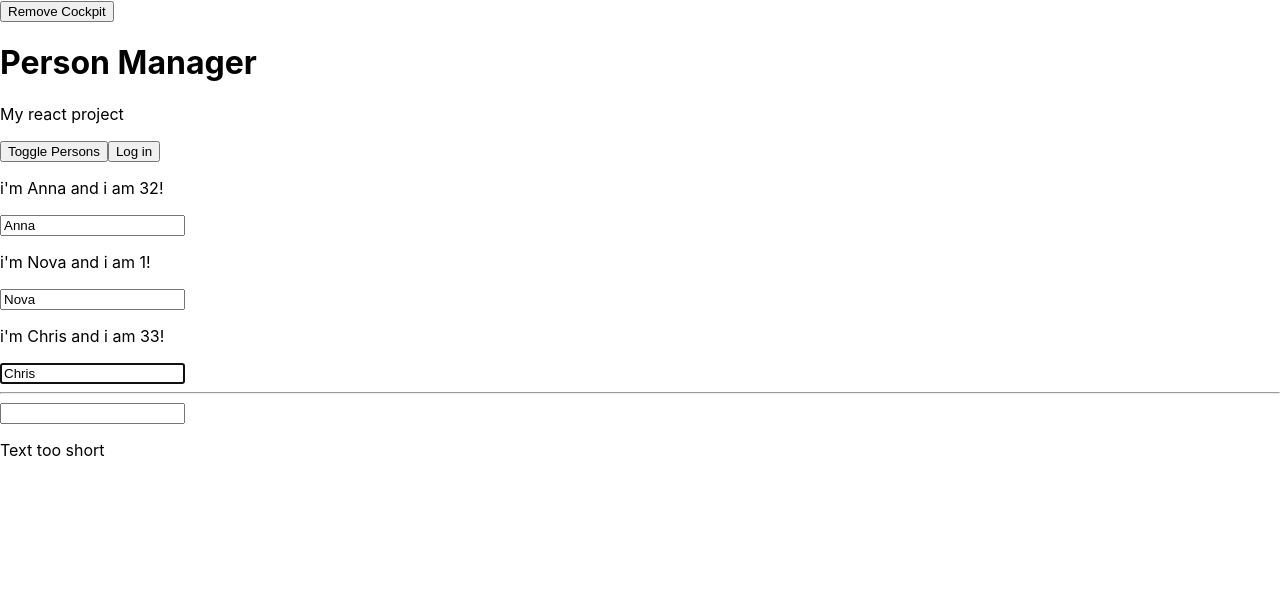
Repository: chrisbriz/myreactapp
Page: /
An editor plug-in stored every save of this project. The page is shown before and after the next save, followed by the edit.
The browser window is 1280 px wide. The pictures show the whole page.
The project was rebuilt for these pictures with package versions that can differ from the ones it lists, and the page was loaded fresh each time. Also part of the build but not shown: src/Containers/App.css, src/Components/Char.js, src/Components/Persons/Person/Person.css, src/Components/Cockpit/Cockpit.css.

Above is the page before, as saved 2019-02-20 10:03:43.

### src/index.js
import React from 'react';
import ReactDOM from 'react-dom';
import './index.css';
import App from './Containers/App';
import * as serviceWorker from './serviceWorker';

ReactDOM.render(<App appTitle="Person Manager"/>, document.getElementById('root'));

// If you want your app to work offline and load faster, you can change
// unregister() to register() below. Note this comes with some pitfalls.
// Learn more about service workers: http://bit.ly/CRA-PWA
serviceWorker.unregister();

### src/Containers/App.js
import React, { Component } from 'react';
import classes from './App.css';
import Validation from '../Components/Validation';
import Char from '../Components/Char';
import Persons from '../Components/Persons/Persons';
import Cockpit from '../Components/Cockpit/Cockpit';
import withCLass from '../HOC/withClass';
import Auxiliary from '../HOC/Auxiliary';


class App extends Component {

  constructor(props) {
    super(props);
    console.log('[App.js] constructor');
  }

  //state = component internal data, data source
  state = {
    persons: [
      { id: '1', name: 'Anna', age: 32 },
      { id: '2', name: 'Nova', age: 1 },
      { id: '3', name: 'Chris', age: 33 }
    ],
    showPersons: false,
    userInput: '',
    showCockpit: true,
    changeCounter: 0,
    authenticated: false
  }

  static getDerivedStateFromProps(props, state) {
    console.log('[App.js] getDerivedStateFromProps', props)
    return state;
  }

  //IMPORTANT LIFECYCLE HOOK
  componentDidMount() {
    console.log('[App.js] componentDidMount');
  }

  //IMPORTANT LIFECYCLE HOOK
  shouldComponentUpdate(nextProps, nextState) {
    console.log('[App-js] shouldComponentUpdate');
    return true;
  }

  //IMPORTANT LIFECYCLE HOOK
  componentDidUpdate() {
    console.log('[App-js] componentDidUpdate');
  }

  inputChangeHandler = (event) => {
    this.setState({ userInput: event.target.value })
  }

  deleteCharHandler = (index) => {
    const text = this.state.userInput.split('');
    text.splice(index, 1);
    const updatedText = text.join('');
    this.setState({ userInput: updatedText });
  }

  nameChangedHandler = (event, id) => {
    const personIndex = this.state.persons.findIndex(p => {
      return p.id === id;
    });

    const person = {
      ...this.state.persons[personIndex]
    };

    person.name = event.target.value;

    const persons = [...this.state.persons];
    persons[personIndex] = person;

    this.setState((prevState, props) => {
      return {
        persons: persons,
        changeCounter: prevState.changeCounter + 1
      };
    });
  }

  deletePersonHandler = (personIndex) => {
    // const persons = this.state.persons.slice();
    /*spread operator = spreads le element of the initial array into a new array
    we now manipulate a copy of the original state (mutating the state directly is bad practice)
    then updating the state*/
    const persons = [...this.state.persons];
    persons.splice(personIndex, 1);
    this.setState({ persons: persons });
  }

  togglePersonsHandler = () => {
    const doesShow = this.state.showPersons;
    this.setState({ showPersons: !doesShow });
  }

  loginHandler = () => {
    this.setState({authenticated: true});
  }

  render() {
    console.log('[App.js] render')

    const charList = this.state.userInput.split('').map((ch, index) => {
      return <Char
        character={ch}
        key={index}
        clicked={() => this.deleteCharHandler(index)} />;
    });

    let persons = null;

    if (this.state.showPersons) {
      persons =
        <Persons
          persons={this.state.persons}
          clicked={this.deletePersonHandler}
          changed={this.nameChangedHandler}
          isAuthenticated={this.state.authenticated} />
    }

    return (
      <Auxiliary>
        <button
          onClick={() => {
            this.setState({ showCockpit: false });
          }}>
          Remove Cockpit
        </button>
        {this.state.showCockpit ? (
          <Cockpit
            title={this.props.appTitle}
            showPersons={this.state.showPersons}
            personsLength={this.state.persons.length}
            clicked={this.togglePersonsHandler}
            login={this.loginHandler}
          />
        ) : null}
        {persons}
        <hr />
        <input
          type="text"
          onChange={this.inputChangeHandler}
          value={this.state.userInput} />
        <p>{this.state.userInput}</p>
        <Validation inputLength={this.state.userInput.length} />
        {charList}
      </Auxiliary>
    );
  }
}

export default withCLass(App, classes.App);

### src/Components/Validation.js
import React from 'react';

const validation = (props) => {
    let validationMessage = 'Text long enough';

    if(props.inputLength <= 5){
        validationMessage ='Text too short';
    }

    return (
        <div>
            <div>{validationMessage}</div>
        </div>
    );
};

export default validation;

### src/Components/Persons/Persons.js
import React, { PureComponent } from 'react';
import Person from './Person/Person';


class Persons extends PureComponent {
    // static getDerivedStateFromProps(props, state){
    //     console.log('[Persons.js] getDerivedStateFromProps');
    //     return state;
    // }

    // componentWillReceiveProps(props){
    //     console.log('[Persons.js] componentWillReceiveProps', props);
    // }

    // shouldComponentUpdate(nextProps, nextState) {
    //     console.log('[Persons.js] souldComponentUpdate');
    //     if (
    //         nextProps.persons !== this.props.persons ||
    //         nextProps.changed !== this.props.changed ||
    //         nextProps.clicked !== this.props.clicked
    //         ) {
    //         return true;
    //     } else {
    //         return false;
    //     }
    // }

    getSnapshotBeforeUpdate(prevProps, prevState) {
        console.log('[Persons.js] getSnapshotBeforeUpdate');
        return { message: 'Snapshot!' };
    }

    componentDidUpdate(prevProps, prevState, snapshot) {
        console.log('[Persons.js] componentDidUpdate');
        console.log(snapshot);
    }

    componentWillUnmount() {
        console.log('[Persons.js] componentWillUnmount');
    }

    render() {
        console.log('[Person.js] rendering...');
        return this.props.persons.map((person, index) => {
            return (
                <Person
                    click={() => this.props.clicked(index)}
                    name={person.name}
                    age={person.age}
                    key={person.id}
                    changed={(event) => this.props.changed(event, person.id)}
                    isAuth={this.props.isAuthenticated}
                />
            );
        });
    }
}

export default Persons;

### src/Components/Cockpit/Cockpit.js
import React, { useEffect, useRef } from 'react';
import classes from './Cockpit.css';

const cockpit = (props) => {
    const toggleBtnRef = useRef(null);

    useEffect(() => {
        console.log('[Cockpit.js] useEffect');
        //HTTP request...
        // setTimeout(() => {
        //     alert('Saved data to the cloud');
        // }, 1000);
        toggleBtnRef.current.click();
        return () => {
            console.log('[Cockpit.js] clean up work in useEffect');
        };
    }, []);

    const assignedClasses = [];
    let btnClass = '';
    if (props.showPersons) {
        btnClass = classes.Red;
    }
    if (props.personsLength <= 2) {
        assignedClasses.push(classes.red);
    }
    if (props.personsLength <= 1) {
        assignedClasses.push(classes.bold);
    }

    return (
        <div className={classes.Cockpit}>
            <h1>{props.title}</h1>
            <p className={assignedClasses.join(' ')}>My react project</p>
            <button
                ref={toggleBtnRef}
                className={btnClass}
                onClick={props.clicked}>
                Toggle Persons
                </button>
            <button
                onClick={props.login}>
                Log in
                </button>
        </div>
    );

};

export default React.memo(cockpit);

### src/HOC/withClass.js
import React from 'react';

const withClass = (WrappedComponent, className) => {
    return props => (
        <div className={className}>
            <WrappedComponent {...props} />
        </div>
    );
};

export default withClass;

### src/Components/Persons/Person/Person.js
import React, { Component } from 'react';
import PropTypes from 'prop-types';

import Auxiliary from '../../../HOC/Auxiliary';
import withClass from '../../../HOC/withClass';
import classes from './Person.css';



//props = properties on the element in app.js
class Person extends Component {
constructor(props){
  super(props);
  this.inputElementRef = React.createRef();
}

componentDidMount(){
  // this.inputElement.focus();
  this.inputElementRef.current.focus();
}

  render() {
    console.log('[Person.js] rendering...');
    return (
      <Auxiliary>
        <p onClick={this.props.click}>
          i'm {this.props.name} and i am {this.props.age}!
        </p>
        <p key="i2">{this.props.children}</p>
        <input
          key="i3"
          // ref={(inputEl) => {this.inputElement = inputEl}}
          ref={this.inputElementRef}
          type="text"
          onChange={this.props.changed}
          value={this.props.name}
        />
      </Auxiliary>
    );
  }
}

Person.propTypes = {
  click: PropTypes.func,
  name: PropTypes.string,
  age: PropTypes.number,
  changed: PropTypes.func
};

export default withClass(Person, classes.Person);

Loaded but not shown: public/index.html (common file); src/index.css (common file); src/serviceWorker.js (common file); src/HOC/Auxiliary.js (common file)

After the next save:
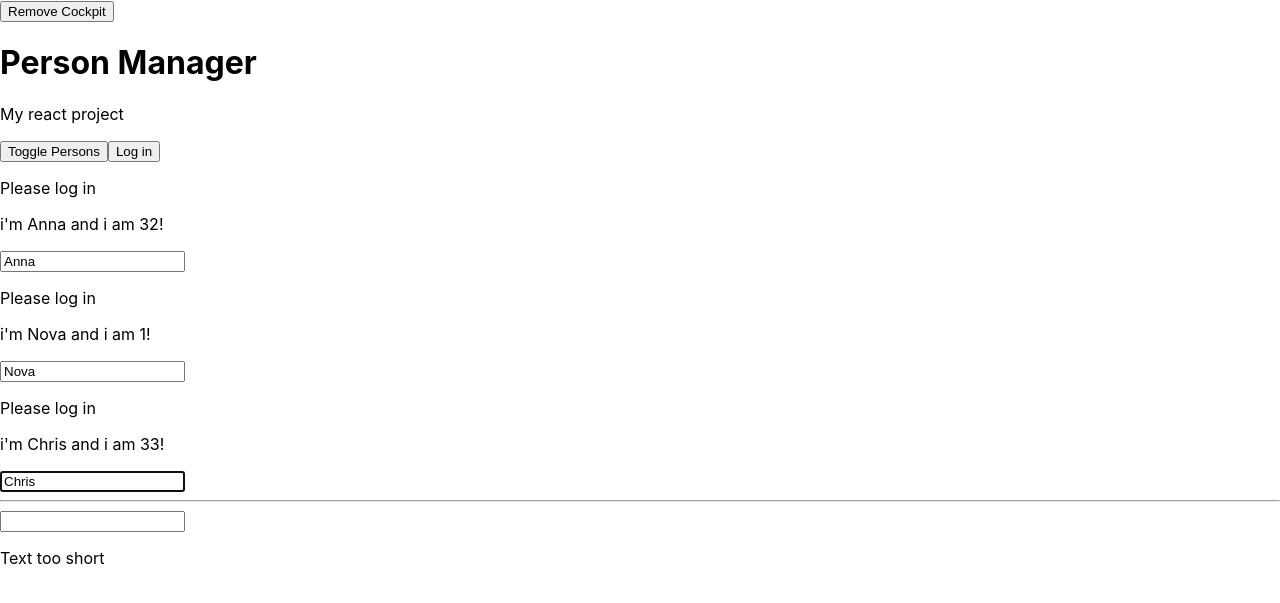
Saved 65 s later.
--- a/src/Components/Persons/Person/Person.js
+++ b/src/Components/Persons/Person/Person.js
@@ -23,6 +23,7 @@
     console.log('[Person.js] rendering...');
     return (
       <Auxiliary>
+        {this.props.isAuth ? <p>Authenticated</p> : <p>Please log in</p>}
         <p onClick={this.props.click}>
           i'm {this.props.name} and i am {this.props.age}!
         </p>
